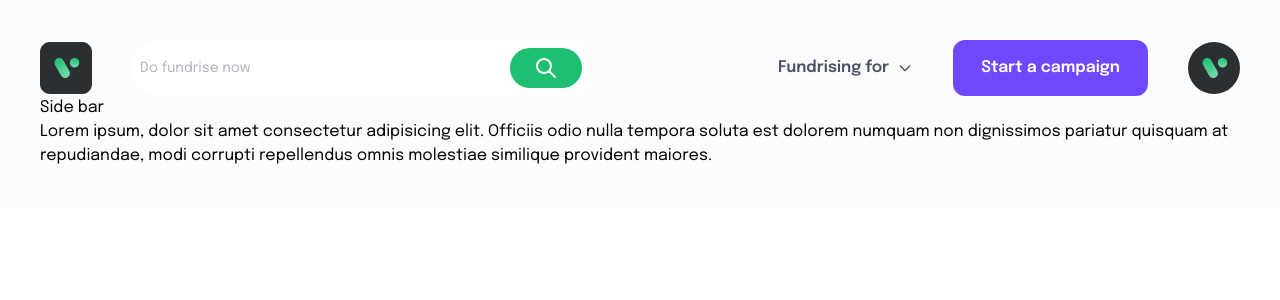
Repository: hoang0508/CrowFunding-APP
Page: /
These files come from the project's save history. The page is drawn as it stood at one moment and after the next save; the edit follows.
The browser window is 1280 px wide. The pictures show the whole page.
The project was rebuilt for these pictures with package versions that can differ from the ones it lists, and the page was loaded fresh each time. Also part of the build but not shown: src/components/common/ErrorComponent.js, src/components/button/ButtonGoogle.js. Imported but missing from the stored project, and not drawn on this page: src/store/reducers.

Above is the page before, as saved 2022-07-21 08:52:56.

After the next save:
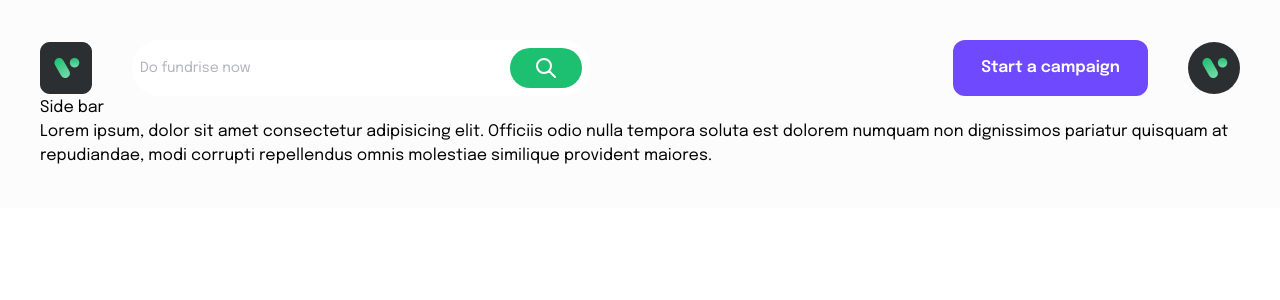
Saved 32 s later.
--- a/src/modules/dashboard/DashboardTopbar.js
+++ b/src/modules/dashboard/DashboardTopbar.js
@@ -12,25 +12,6 @@ const DashboardTopbar = () => {
         </div>
       </div>
       <div className="flex items-center gap-x-10 flex-1 justify-end">
-        <div className="text-text2 font-semibold flex items-center gap-x-2">
-          <span>Fundrising for</span>
-          <span className="w-4">
-            <svg
-              xmlns="http://www.w3.org/2000/svg"
-              className="h-6 w-6 max-w-full"
-              fill="none"
-              viewBox="0 0 24 24"
-              stroke="currentColor"
-            >
-              <path
-                strokeLinecap="round"
-                strokeLinejoin="round"
-                strokeWidth={2}
-                d="M19 9l-7 7-7-7"
-              />
-            </svg>
-          </span>
-        </div>
         <Button className="bg-secondary px-7">Start a campaign</Button>
         <img
           src="/logo.png"
